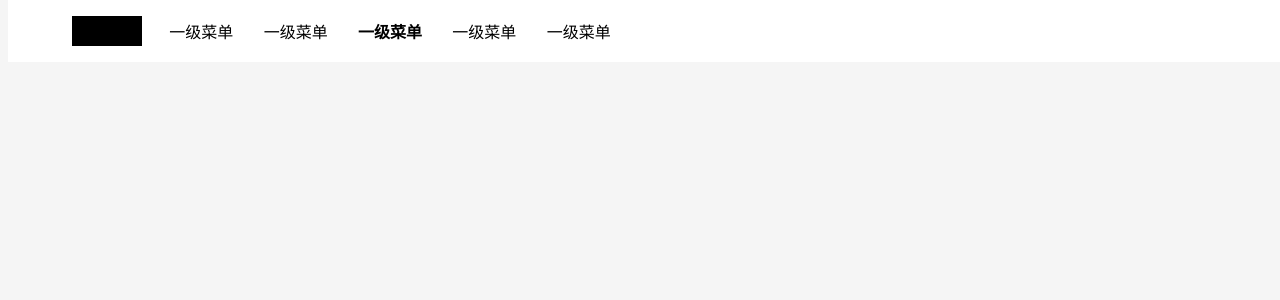
Repository: LJW3112/StudyHTML
Page: 个人作品展示网页/CODE/index.html
The author's editor kept a copy of each file at every save. The page is drawn from the files as they stood at one save, then again after the next save.
The browser window is 1280 px wide. The pictures show the whole page.
The pointer rests on the first visible `.top li a`.

Above is the page before, as saved 2023-02-12 16:47:18.

After the next save:
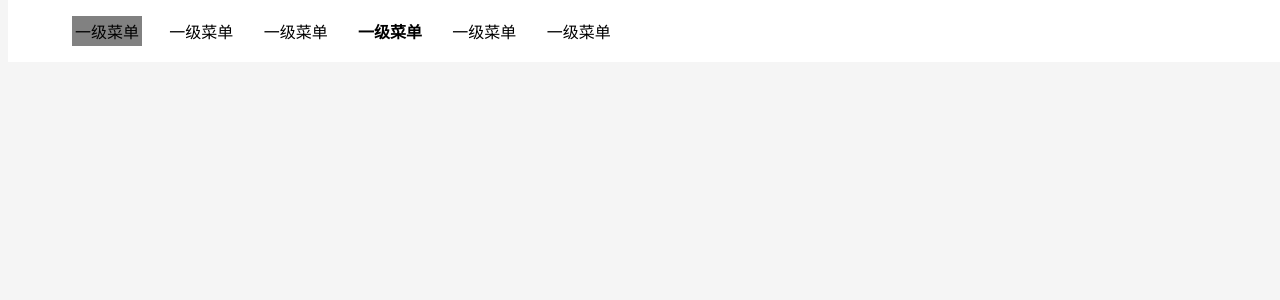
Saved 7 s later.
--- a/个人作品展示网页/CODE/index.html
+++ b/个人作品展示网页/CODE/index.html
@@ -60,7 +60,7 @@
 
             .top li a:hover {
                 /* 鼠标选中时背景变为黑色 */
-                background-color: rgb(0, 0, 0);
+                background-color: rgb(129, 129, 129);
             }
 
             .top ul li ul {
